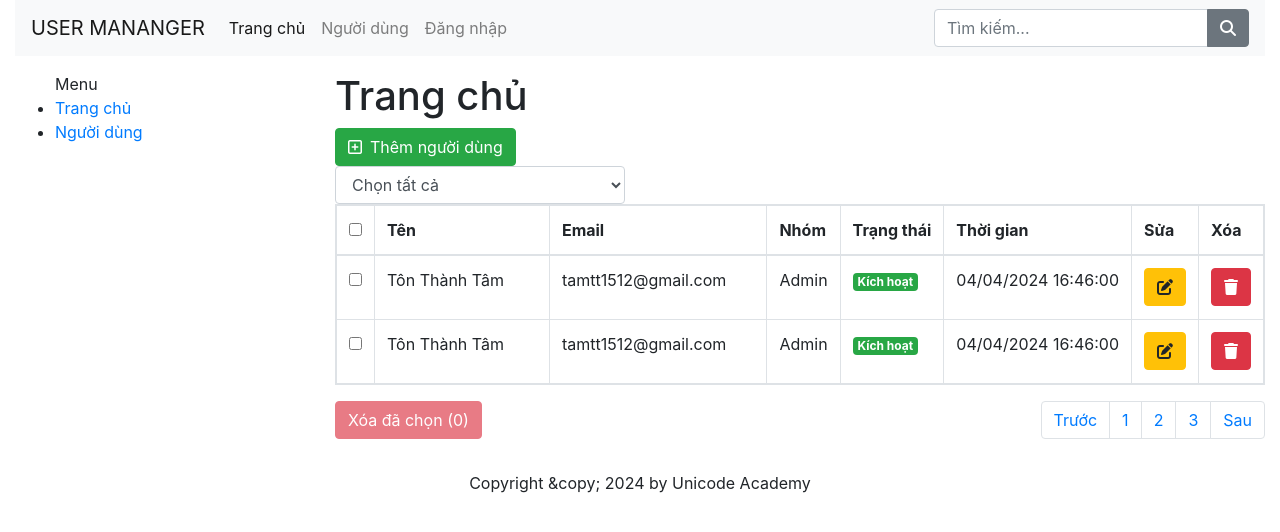
Repository: tam1512/USER_MANAGERMENT_MVC
Page: http://localhost/nguoi-dung
These files come from the project's save history. The page is drawn as it stood at one moment and after the next save; the edit follows.
The browser window is 1280 px wide. The pictures show the whole page.
The page is run by PHP 8.4 with error messages shown; the project is at /var/www/html/.

Above is the page before, as saved 2024-04-04 16:57:04.

After the next save:
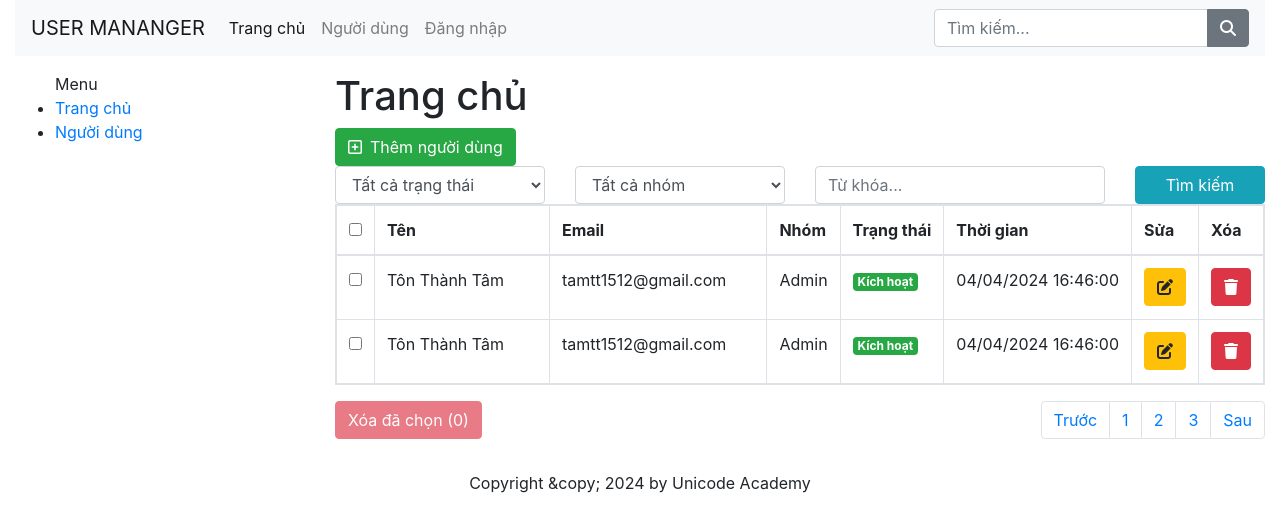
Saved 3 min 37 s later.
--- a/app/views/user/index.php
+++ b/app/views/user/index.php
@@ -5,15 +5,28 @@
          <a href="#" class="btn btn-success"><i class="fa-regular fa-square-plus mr-2"></i>Thêm người dùng</a>
       </div>
       <div class="col-12">
-         <div class="row">
-            <div class="col-4">
-               <select name="status" id="" class="form-control">
-                  <option value="0">Chọn tất cả</option>
-                  <option value="1">Kích hoạt</option>
-                  <option value="2">Chưa kích hoạt</option>
-               </select>
+         <form action="" method="get">
+            <div class="row">
+               <div class="col-3">
+                  <select name="status" id="" class="form-control">
+                     <option value="0">Tất cả trạng thái</option>
+                     <option value="1">Kích hoạt</option>
+                     <option value="2">Chưa kích hoạt</option>
+                  </select>
+               </div>
+               <div class="col-3">
+                  <select name="group_id" id="" class="form-control">
+                     <option value="0">Tất cả nhóm</option>
+                  </select>
+               </div>
+               <div class="col-4">
+                  <input type="text" class="form-control" placeholder="Từ khóa..." />
+               </div>
+               <div class="col-2">
+                  <button type="submit" class="btn btn-info btn-block">Tìm kiếm</button>
+               </div>
             </div>
-         </div>
+         </form>
       </div>
    </div>
    <table class="table table-bordered table-responsive">
